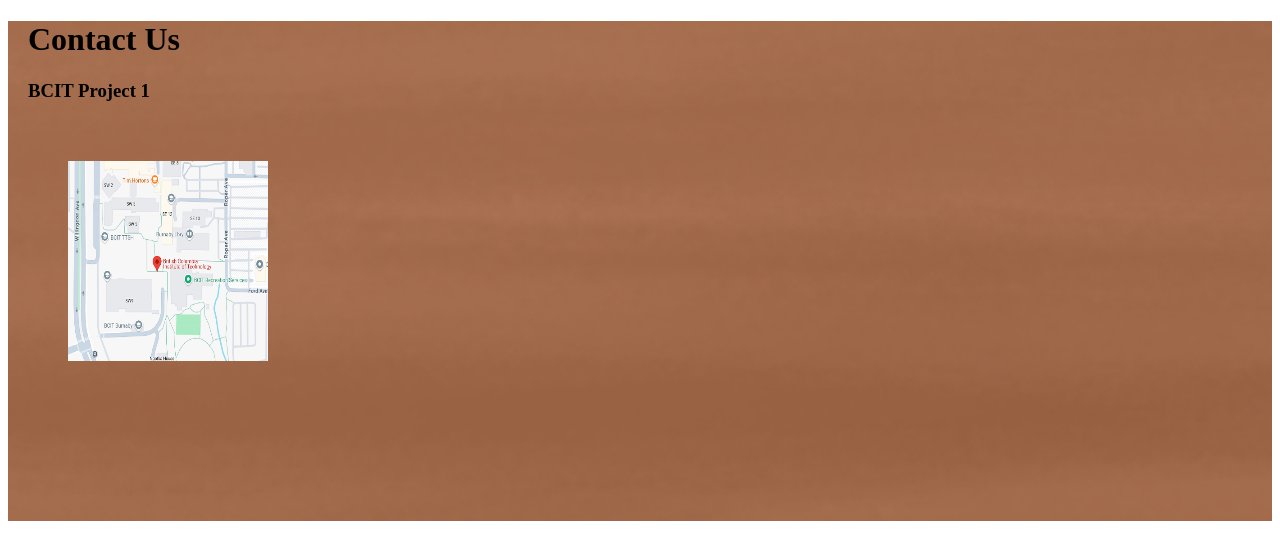
Repository: AlyssaHug/Bandit-Breakout
Page: index.html
An editor plug-in stored every save of this project. The page is shown before and after the next save, followed by the edit.
The browser window is 1280 px wide. The pictures show the whole page.
Some web fonts or font styles are not loaded; a fallback is used.

Above is the page before, as saved 2025-05-06 22:59:55.

### index.html
<!DOCTYPE html>
<html lang="en">
    <head>
        <meta charset="UTF-8" />
        <meta
            name="viewport"
            content="width=device-width, initial-scale=1.0" />
        <link
            rel="stylesheet"
            href="styles.css" />
        <title>Bandit Breakout</title>
    </head>
    <body>
        <header></header>
        <main>
            <div class="download-now"></div>
            <div class="Contact-us-apps"></div>
        </main>
        <footer>
            <div class="Contact-us">
                <h1>Contact Us</h1>
                <h3>BCIT Project 1</h3>
                <img
                    class="bcit-map"
                    src="img/BCIT.png"
                    alt="BCIT Map" />
            </div>
        </footer>
    </body>
</html>

### styles.css
@import url("https://fonts.googleapis.com/css2?family=Wellfleet&display=swap");

@font-face {
    font-family: "Western Bang Bang";
    src: url("fonts/WesternBangBang.ttf") format("truetype");
    font-weight: normal;
    font-style: normal;
}

:root {
    /* Font Families */
    --font-western: "Western Bang Bang", sans-serif;
    --font-wellfleet: "Wellfleet", serif;

    /* Font Sizes */
    --font-size-h1: 48px;
    --font-size-h2: 36px;
    --font-size-h3: 32px;
    --font-size-h4: 24px;
    --font-size-body: 14px;
    --font-size-caption: 11px;
}
.bcit-map {
    width: 200px;
    height: 200px;
    padding: 40px;
}
.Contact-us {
    padding-left: 20px;
}
footer {
    background-image: url("img/board.png");
    background-size: 200% auto;
    background-repeat: no-repeat;
    background-position: center;
    min-height: 500px;
    height: 500px;
    width: 100%;
    margin: 0;
    padding: 0;
}

After the next save:
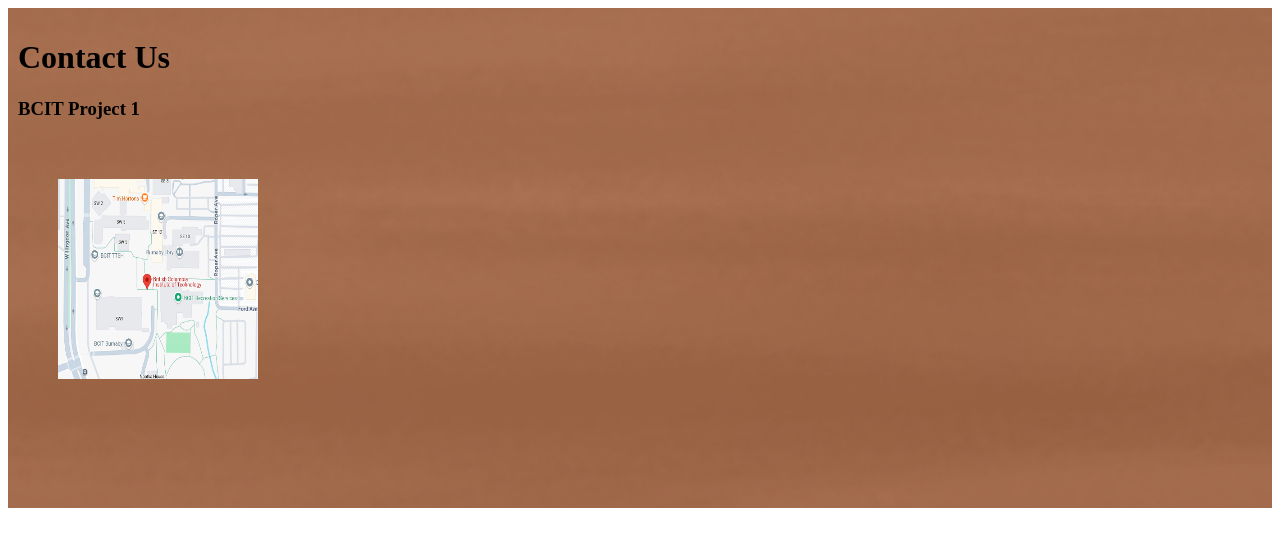
Saved 14 s later.
--- a/styles.css
+++ b/styles.css
@@ -26,7 +26,7 @@
     padding: 40px;
 }
 .Contact-us {
-    padding-left: 20px;
+    padding: 10px 0 0 10px;
 }
 footer {
     background-image: url("img/board.png");
